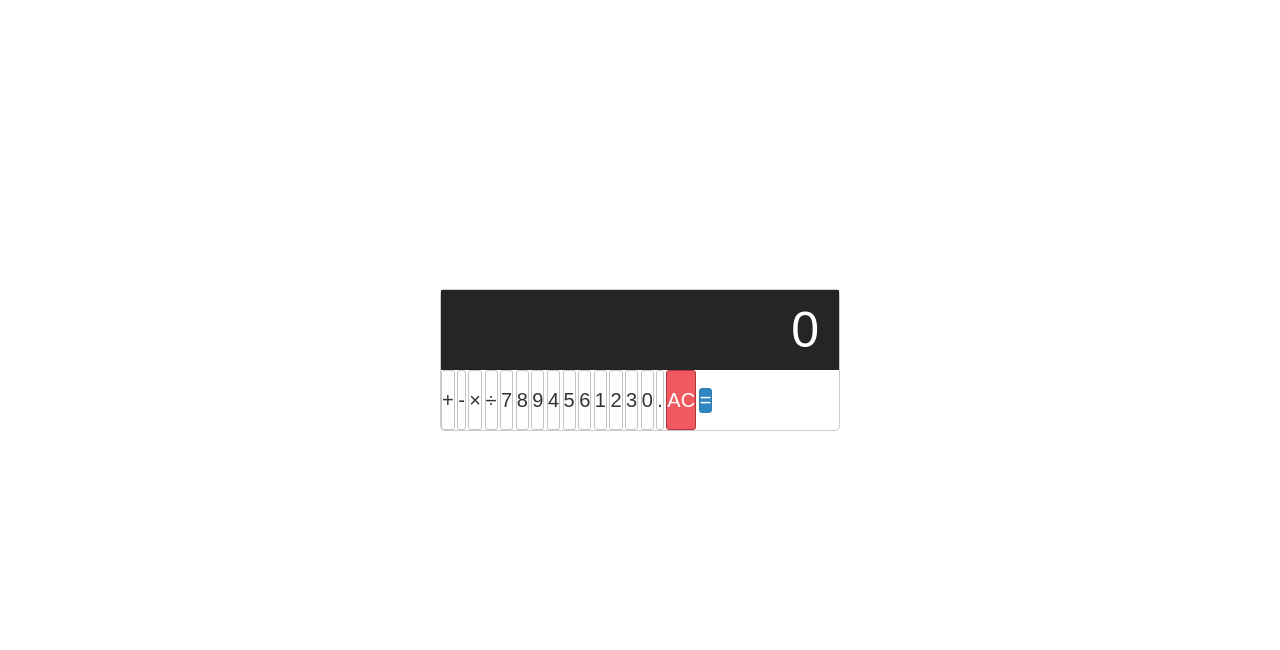
Repository: pothupreethi/Javascript
Page: javaScript/js-assignments/assignment-4/calculator.html
The author's editor kept a record of every edit. The page is drawn from the files as they stood at one moment, then again after the next edit.
The browser window is 1280 px wide. The pictures show the whole page.

Above is the page before.

After the next edit:
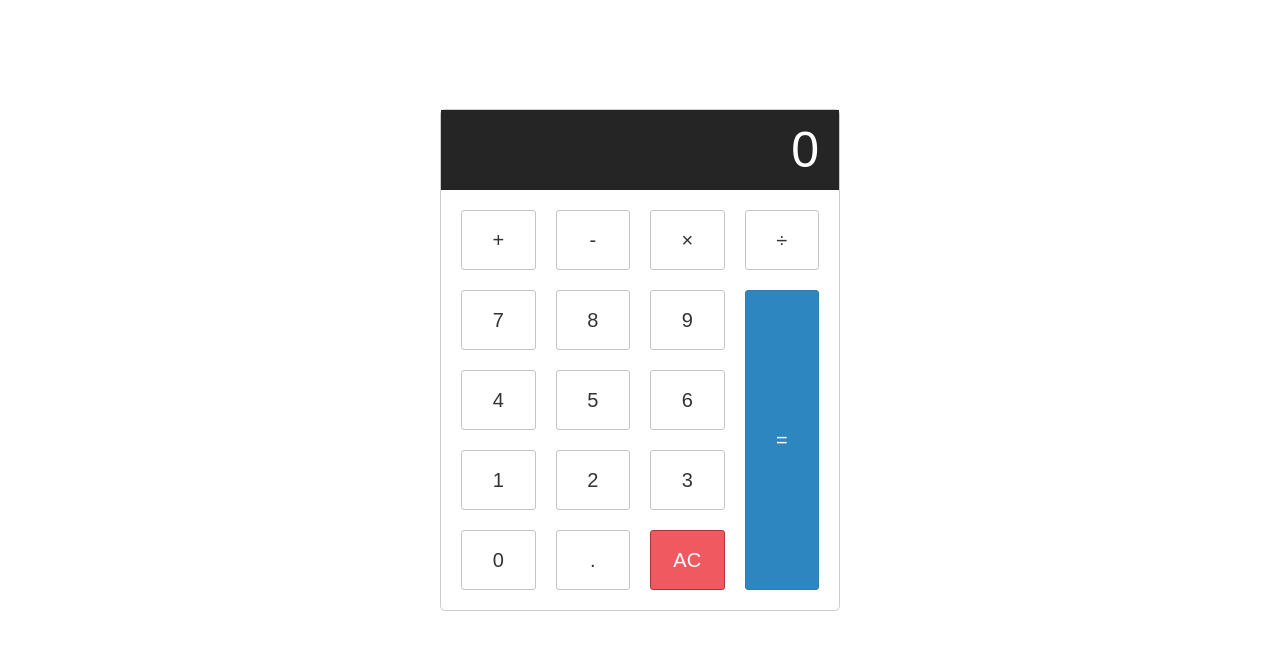
The edit:
--- a/javaScript/js-assignments/assignment-4/calculator.css
+++ b/javaScript/js-assignments/assignment-4/calculator.css
@@ -131,7 +131,7 @@
 }
 
 
-.calculator-keys {
+.keys {
     display: grid;
     grid-template-columns: repeat(4, 1fr);
     grid-gap: 20px;
